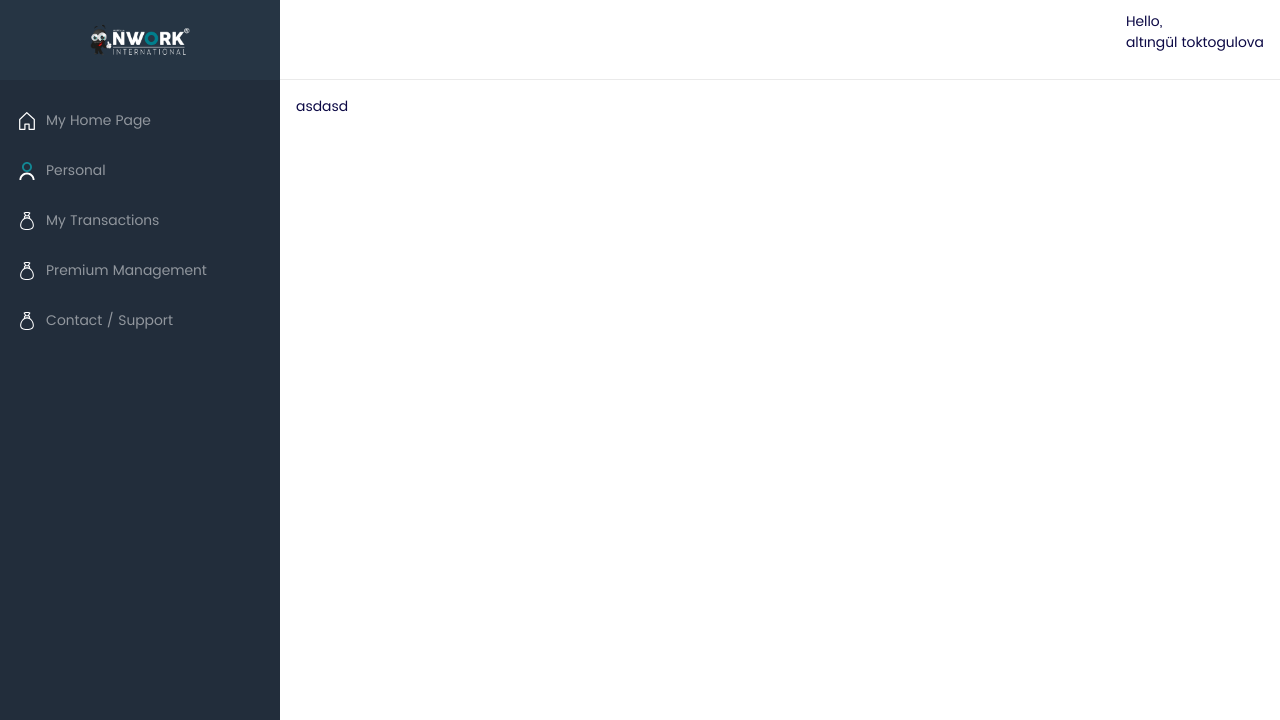
Repository: KayahanKahriman/nwork-admin
Page: index.html
An editor plug-in stored every save of this project. The page is shown before and after the next save, followed by the edit.
The browser window is 1280 px wide. The pictures show the whole page.
Some web fonts or font styles are not loaded; a fallback is used. The style sheet was rebuilt from its Sass, Less or Tailwind sources for each picture, by a compiler version that may differ from the author's.

Above is the page before, as saved 2021-06-09 13:07:39.

After the next save:
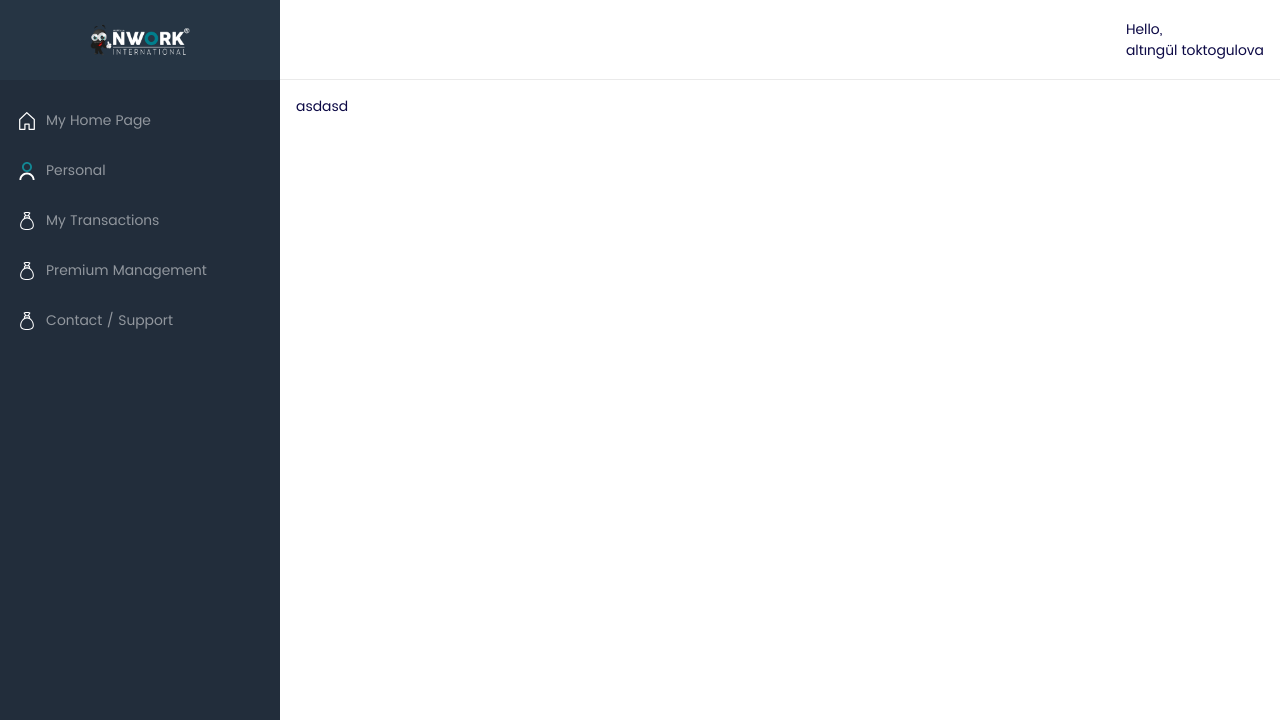
Saved 7 s later.
--- a/index.html
+++ b/index.html
@@ -20,7 +20,7 @@
         <div id="header-right" class="p-3 d-flex align-items-center justify-content-end">
             <div id="user">
                 <span>Hello,</span>
-                <p>altıngül toktogulova</p>
+                <p class="mb-0">altıngül toktogulova</p>
             </div>
         </div>
     </header>
